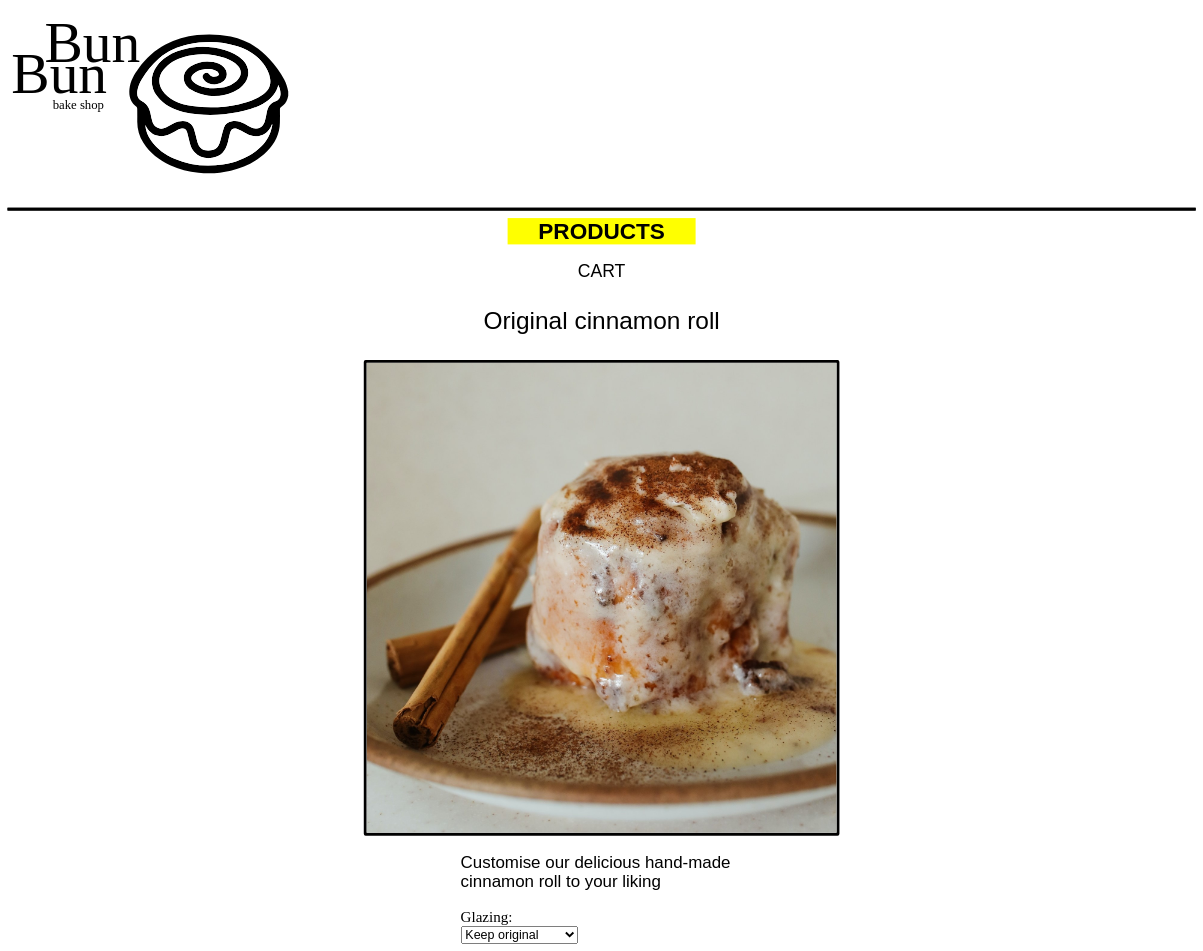
Repository: alicianghm/pui-hw
Page: solution-hw1/HW1-Detail.html
The author's editor kept a copy of each file at every save. The page is drawn from the files as they stood at one save, then again after the next save.
The browser window is 1280 px wide. The pictures show the whole page, at 94% of full size.

Above is the page before, as saved 2022-09-08 09:48:15.

After the next save:
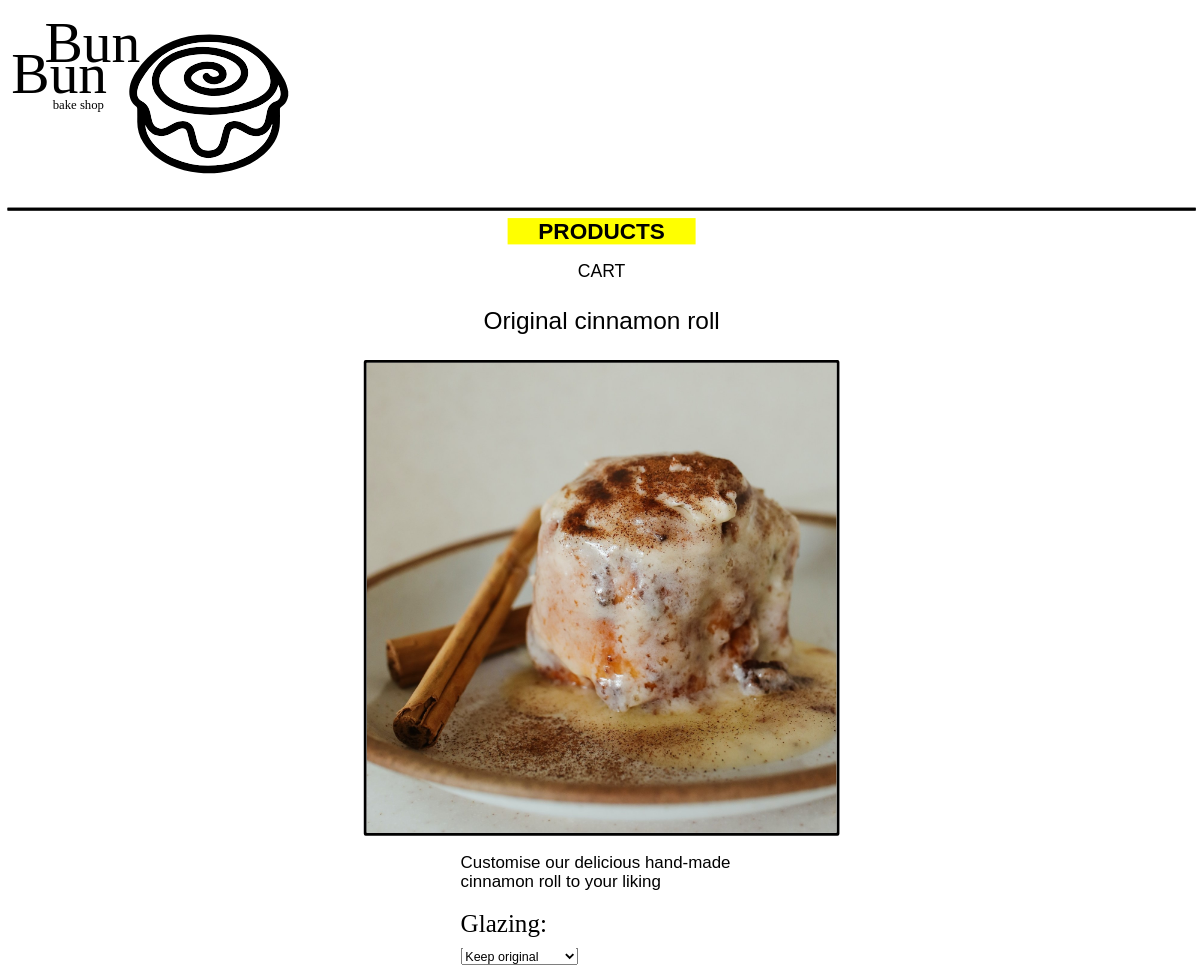
Saved 6 s later.
--- a/solution-hw1/HW1-Detail.html
+++ b/solution-hw1/HW1-Detail.html
@@ -21,10 +21,10 @@
       <div id="container">
         <p class="description"> Customise our delicious hand-made cinnamon roll to your liking</p>
         <br>
-          <div>
+          <div class="dropdown-detail">
             <label for="glazing">Glazing:</label>
             <br>
-            <select class="glazings">
+            <select class="glazing">
               <option value="Keep original">Keep original</option>
               <option value="Sugar milk">Sugar milk</option>
               <option value="Vanilla milk">Vanilla milk</option>
